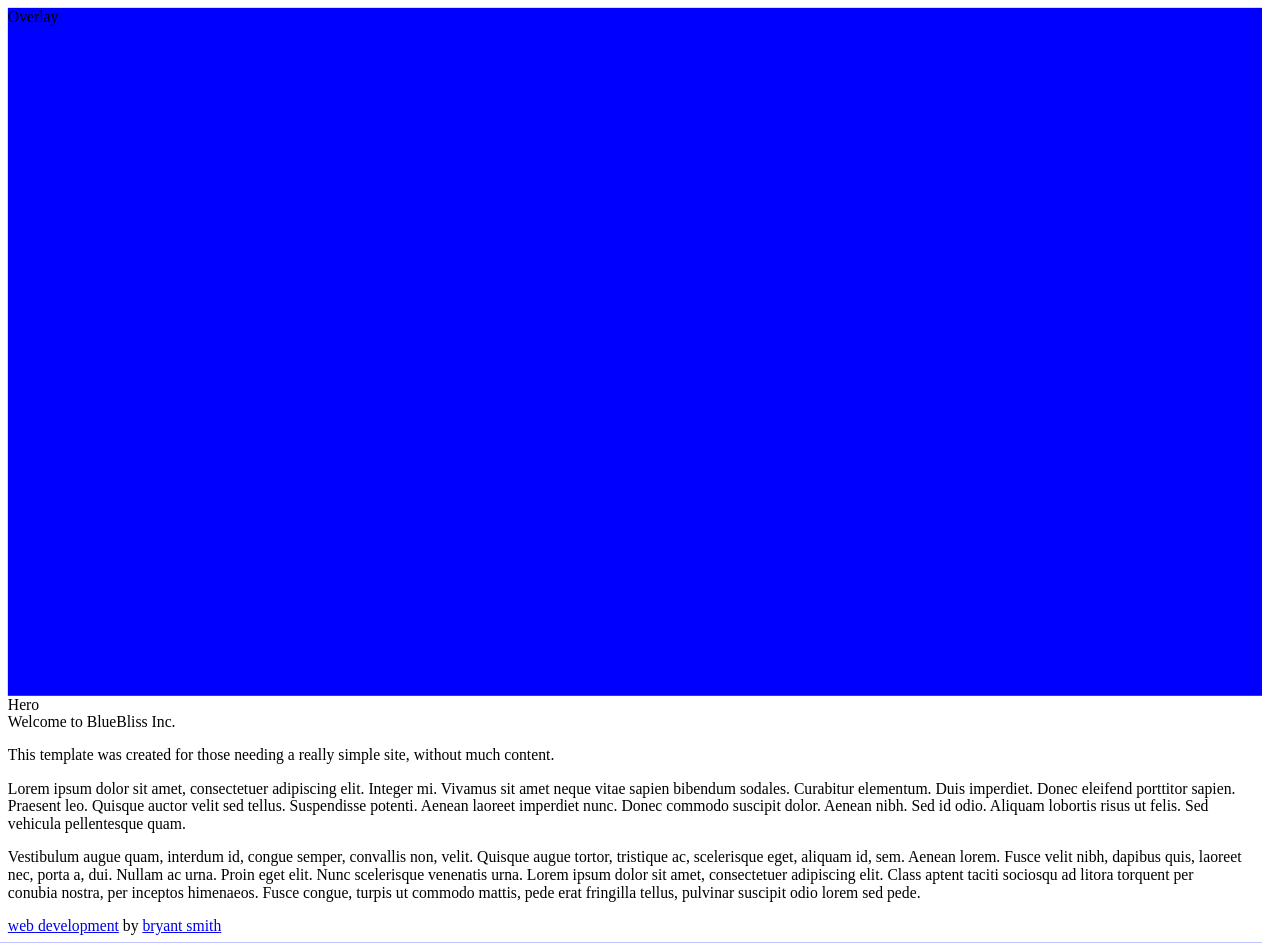
Repository: Scoofster/SWE-Flying-start-bio-website
Page: public/index.html
These files come from the project's save history. The page is drawn as it stood at one moment and after the next save; the edit follows.
The browser window is 1280 px wide. The page is 1288 px wide, so the pictures cover 1288 px, including what lies to the right of the window. The pictures show the whole page, at 98% of full size.

Above is the page before, as saved 2022-06-16 12:40:21.

### public/index.html
<!--
You may use this in any way, on any site, all we ask is that you please keep the link(s) crediting the author.   Though this is not mandatory, it is certainly appreciated.
 -->

<!DOCTYPE html PUBLIC "-//W3C//DTD XHTML 1.0 Strict//EN" "http://www.w3.org/TR/xhtml1/DTD/xhtml1-strict.dtd">
<html xmlns="http://www.w3.org/1999/xhtml" xml:lang="en" lang="en">
  <head>
    <title>Blue Bliss by Bryant Smith</title>
    <meta http-equiv="content-type" content="text/html;charset=utf-8" />
    <link rel="stylesheet" type="text/css" href="index.css" />
  </head>
  <body>
    <div id="mainContentArea">
      <div id="contentBox">
        <div id="hero">
          Hero
          <div id="hero_overlay">Overlay</div>
        </div>

        <div id="blueBox">
          <div id="header"></div>
          <div class="contentTitle">Welcome to BlueBliss Inc.</div>
          <div class="pageContent">
            <p>
              This template was created for those needing a really simple site,
              without much content.
            </p>
            <p>
              Lorem ipsum dolor sit amet, consectetuer adipiscing elit. Integer
              mi. Vivamus sit amet neque vitae sapien bibendum sodales.
              Curabitur elementum. Duis imperdiet. Donec eleifend porttitor
              sapien. Praesent leo. Quisque auctor velit sed tellus. Suspendisse
              potenti. Aenean laoreet imperdiet nunc. Donec commodo suscipit
              dolor. Aenean nibh. Sed id odio. Aliquam lobortis risus ut felis.
              Sed vehicula pellentesque quam.
            </p>
            <p>
              Vestibulum augue quam, interdum id, congue semper, convallis non,
              velit. Quisque augue tortor, tristique ac, scelerisque eget,
              aliquam id, sem. Aenean lorem. Fusce velit nibh, dapibus quis,
              laoreet nec, porta a, dui. Nullam ac urna. Proin eget elit. Nunc
              scelerisque venenatis urna. Lorem ipsum dolor sit amet,
              consectetuer adipiscing elit. Class aptent taciti sociosqu ad
              litora torquent per conubia nostra, per inceptos himenaeos. Fusce
              congue, turpis ut commodo mattis, pede erat fringilla tellus,
              pulvinar suscipit odio lorem sed pede.
            </p>
          </div>
          <div id="footer">
            <a href="http://www.aszx.net">web development</a> by
            <a href="http://www.bryantsmith.com">bryant smith</a>
          </div>
        </div>
      </div>
    </div>
  </body>
</html>

### public/index.css
.filter {

}

#hero {
    display: grid;
    width: 100vw;
    height: 100vh;
    grid-template-columns: 1fr 1fr 1fr;
    grid-template-rows: 1fr 1fr 1fr;
}

#hero_overlay {
    grid-area: 1 /1 / span 3 / span 3;

    background-color: blue;
    top:0;
    left:0;

}

After the next save:
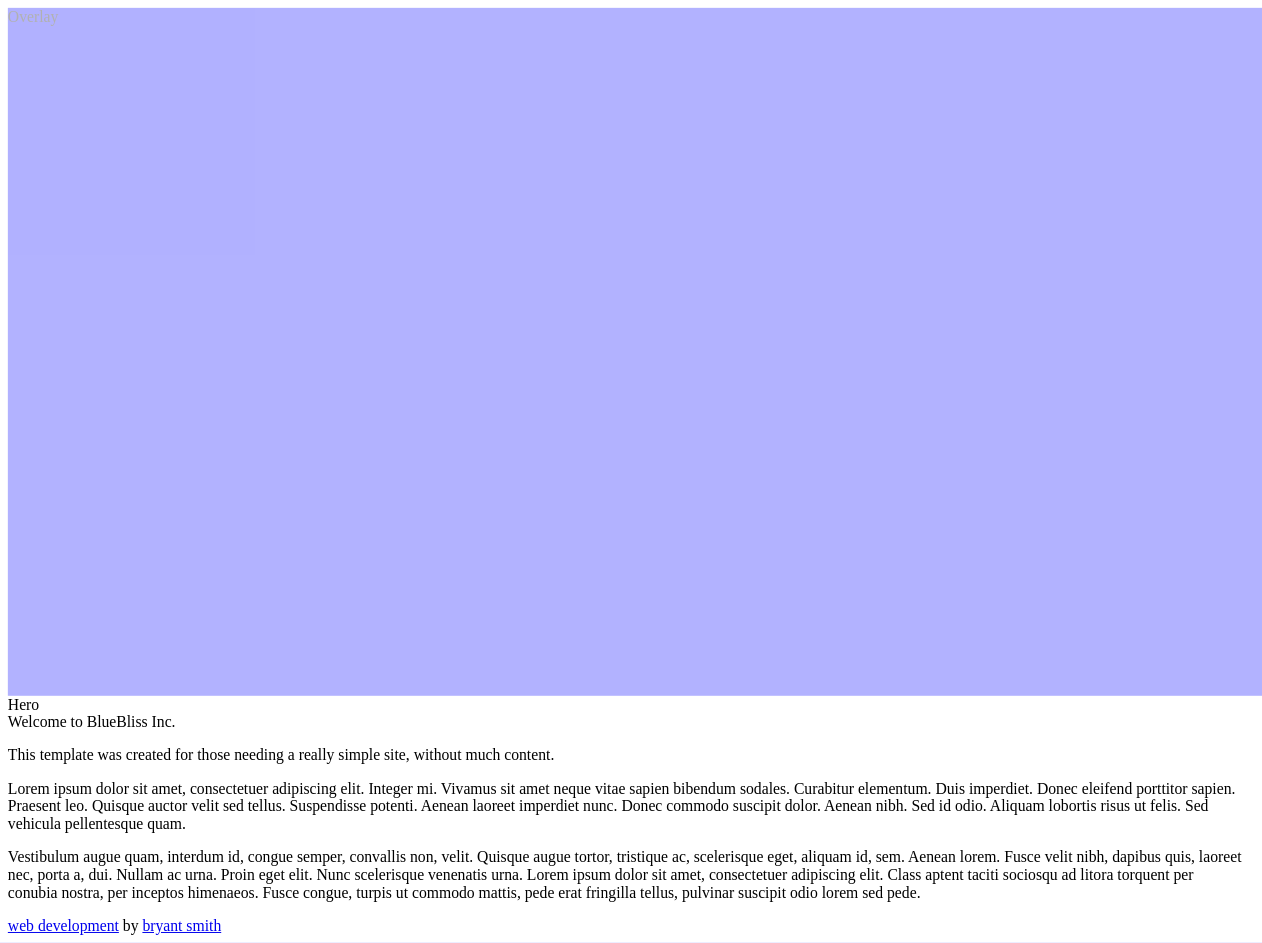
Saved 20 s later.
--- a/public/index.css
+++ b/public/index.css
@@ -12,7 +12,7 @@
 
 #hero_overlay {
     grid-area: 1 /1 / span 3 / span 3;
-
+    opacity: 30%;
     background-color: blue;
     top:0;
     left:0;
